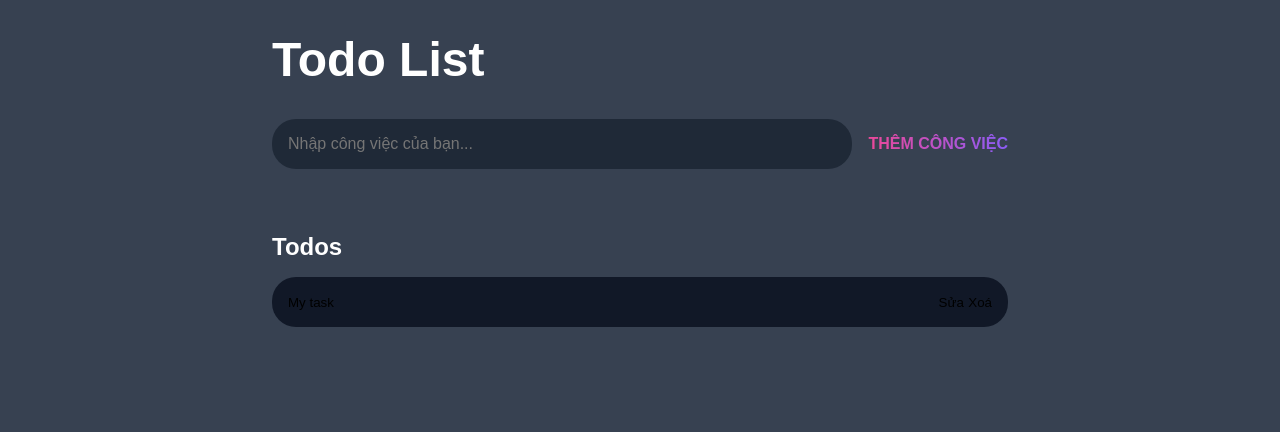
Repository: ntheanh/Todo-List
Page: index.html
An editor plug-in stored every save of this project. The page is shown before and after the next save, followed by the edit.
The browser window is 1280 px wide. The pictures show the whole page.
The style sheet was rebuilt from its Sass, Less or Tailwind sources for each picture, by a compiler version that may differ from the author's.

Above is the page before, as saved 2023-03-15 22:57:19.

### index.html
<!DOCTYPE html>
<html lang="en">
  <head>
    <meta charset="UTF-8" />
    <meta http-equiv="X-UA-Compatible" content="IE=edge" />
    <meta name="viewport" content="width=device-width, initial-scale=1.0" />
    <title>My Todo List</title>
    <link rel="stylesheet" href="style.css" />
  </head>
  <body>
    <header>
      <h1>Todo List</h1>
      <form action="" id="new-todo-form">
        <input
          id="new-todo-input"
          type="text"
          name="todo"
          placeholder="Nhập công việc của bạn... "
        />
        <input id="new-todo-submit" type="submit" value="Thêm Công Việc" />
      </form>
    </header>
    <main>
      <section class="task-list">
        <h2>Todos</h2>
        <div id="tasks">
          <div class="task">
            <div class="content">
              <input
                type="text"
                class="content_input"
                value="My task"
                readonly
              />
            </div>
            <div class="actons">
              <button class="edit">Sửa</button>
              <button class="delete">Xoá</button>
            </div>
          </div>
        </div>
      </section>
    </main>

    <script src="app.js"></script>
  </body>
</html>

### style.scss
:root {
  --dark: #374151;
  --darker: #1f2937;
  --darkest: #111827;
  --gray: #6b7280;
  --light: #eee;
  --pink: #ec4899;
  --purple: #8b5cf6;
}

* {
  margin: 0;
  padding: 0;
  box-sizing: border-box;
  font-family: "Poppins", sans-serif;
}

body {
  display: flex;
  flex-direction: column;
  min-height: 100vh;
  background: var(--dark);
  color: #fff;
}

header {
  padding: 2rem;
  width: 100%;
  max-width: 800px;
  margin: 0 auto;
  h1 {
    font-size: 3rem;
    font-weight: 600;
    margin-bottom: 2rem;
  }
}
#new-todo-form {
  display: flex;
}

input,
button {
  appearance: none;
  border: none;
  outline: none;
  background: none;
}

#new-todo-input {
  flex: 1 1 0%;
  background: var(--darker);
  padding: 1rem;
  border-radius: 1.5rem;
  margin-right: 1rem;
  color: var(--light);
  font-size: 1rem;
}
#new-todo-submit {
  color: var(--pink);
  font-size: 1rem;
  font-weight: 700;
  text-transform: uppercase;
  background: linear-gradient(to right, var(--pink), var(--purple));
  background-clip: text;
  -webkit-text-fill-color: transparent;
  transition: 0.4s;
  &:hover {
    opacity: 0.8;
  }
  &:active {
    opacity: 0.6;
  }
}

main {
  flex: 1 1 0%;
  width: 100%;
  max-width: 800px;
  margin: 0 auto;
  .task-list {
    padding: 2rem;
    h2 {
      font-size: 1.5rem;
      font-weight: 600;
      margin-bottom: 1rem;
    }
    #tasks .task {
      display: flex;
      justify-content: space-between;
      background: var(--darkest);
      padding: 1rem;
      border-radius: 1.5rem;
      margin-bottom: 1rem;
    }
  }
}

Loaded but not shown: app.js (no stored copy; drawn as an empty file)

After the next save:
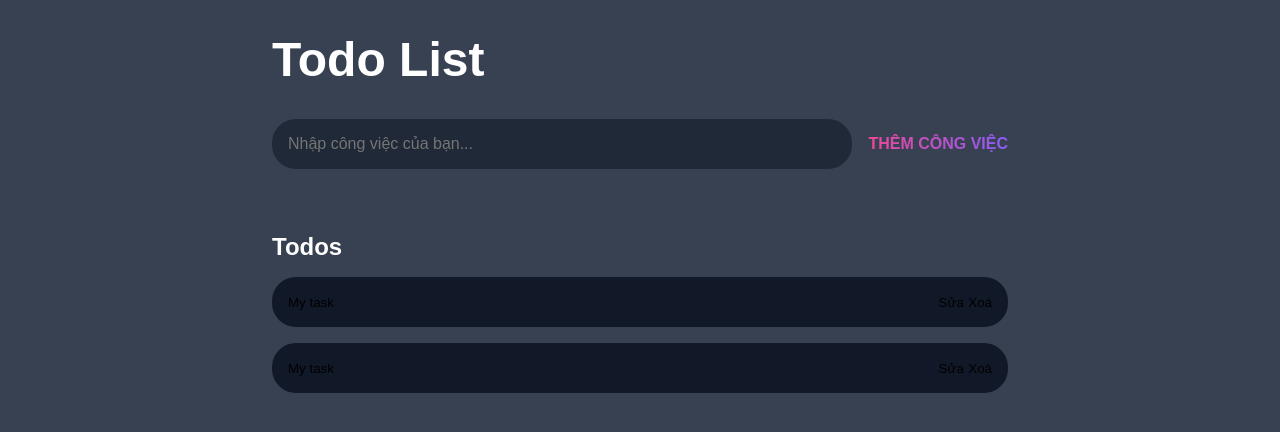
Saved 33 s later.
--- a/index.html
+++ b/index.html
@@ -38,6 +38,20 @@
               <button class="delete">Xoá</button>
             </div>
           </div>
+          <div class="task">
+            <div class="content">
+              <input
+                type="text"
+                class="content_input"
+                value="My task"
+                readonly
+              />
+            </div>
+            <div class="actons">
+              <button class="edit">Sửa</button>
+              <button class="delete">Xoá</button>
+            </div>
+          </div>
         </div>
       </section>
     </main>
